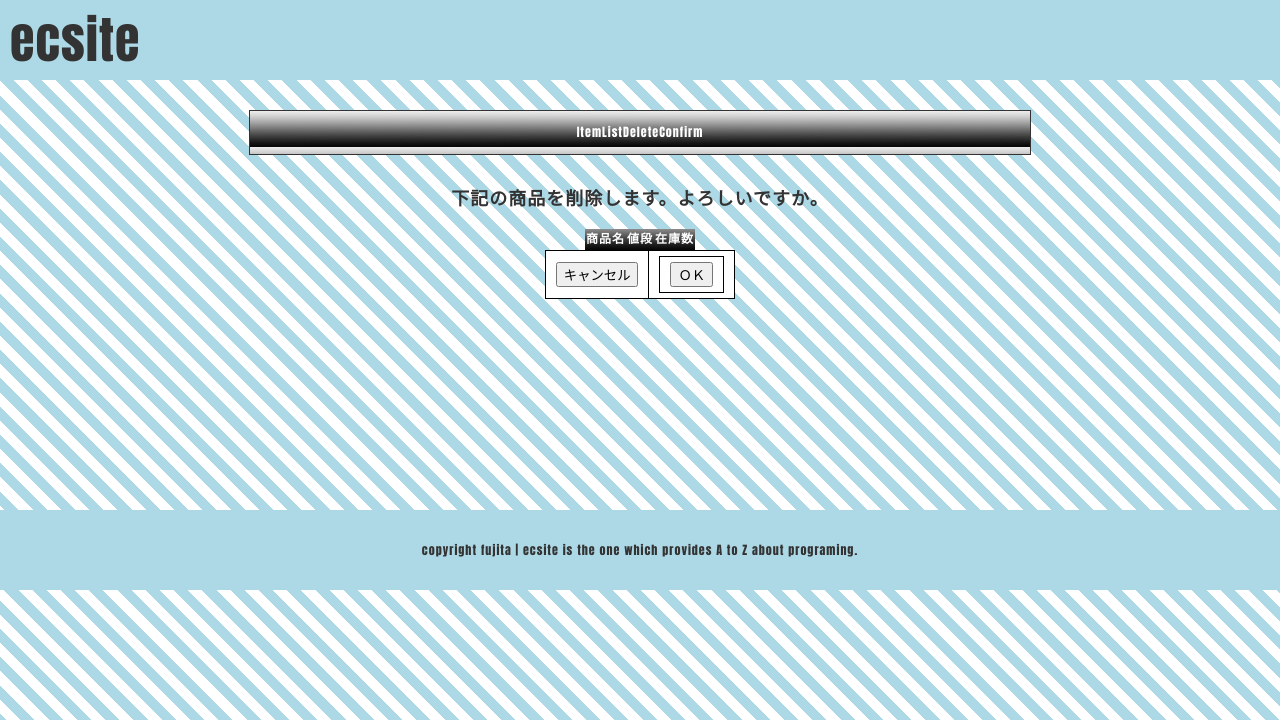
Repository: ryousukefujita-0423/test
Page: http://localhost/ecsite/itemListDeleteConfirm.jsp
The author's editor kept a copy of each file at every save. The page is drawn from the files as they stood at one save, then again after the next save.
The browser window is 1280 px wide. The pictures show the whole page.
The page is served by Tomcat 9.

Above is the page before, as saved 2019-03-25 04:28:33.

After the next save:
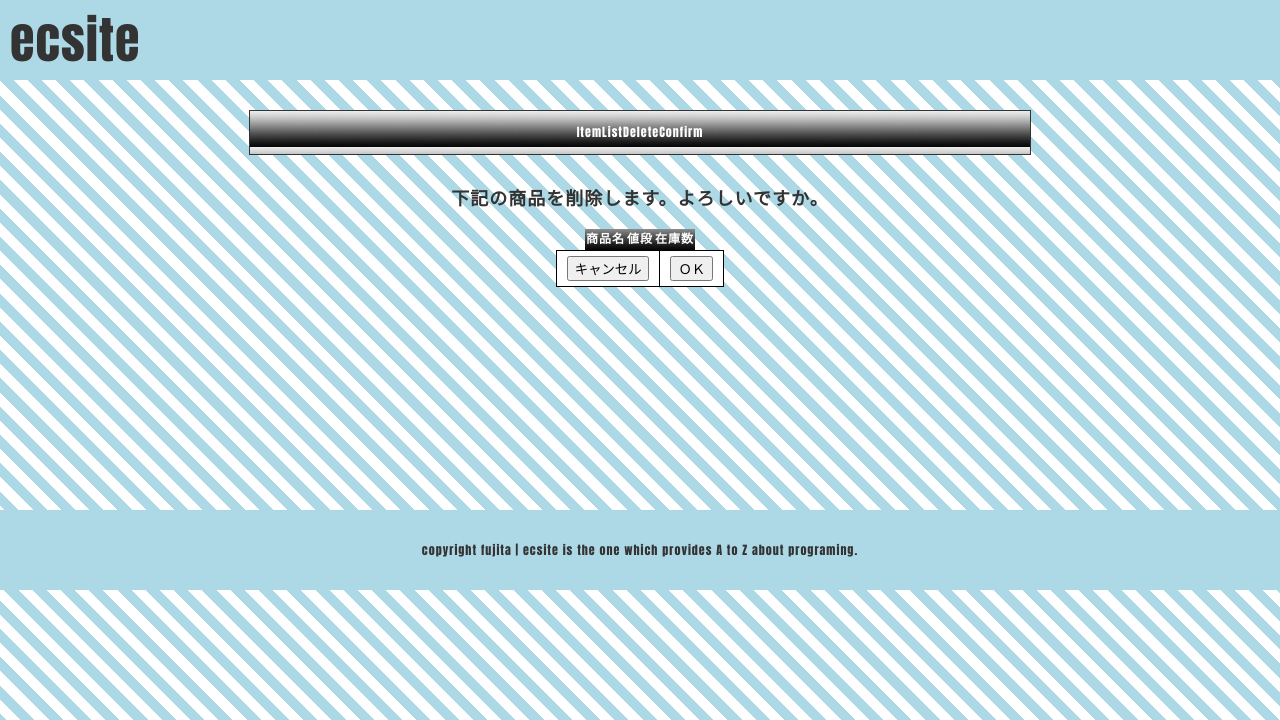
Saved 46 s later.
--- a/ecsite/WebContent/itemListDeleteConfirm.jsp
+++ b/ecsite/WebContent/itemListDeleteConfirm.jsp
@@ -20,7 +20,7 @@
 			<p>ItemListDeleteConfirm</p>
 		</div>
 		<h2>下記の商品を削除します。よろしいですか。</h2>
-		<s:form>
+		<s:form theme="simple">
 			<table>
 				<tr id="table_midashi">
 					<th>商品名</th>
